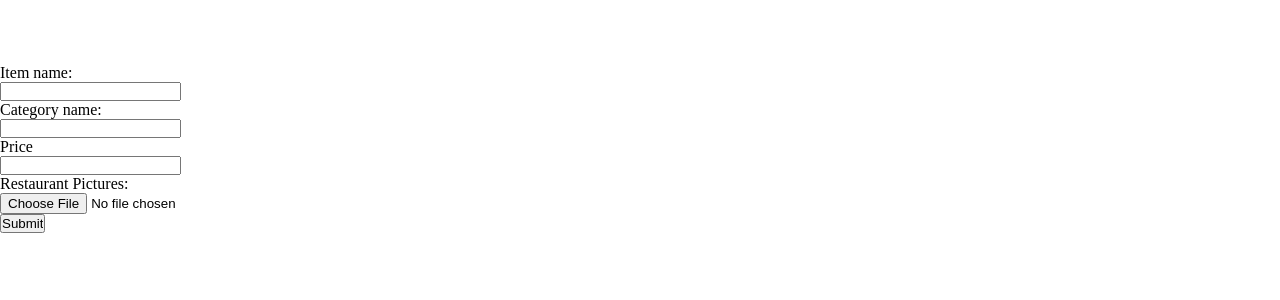
Repository: jatannoury/Ecommerce-Laravel-Electron
Page: Admin-electron/src/HTML/add_item.html
An editor plug-in stored every save of this project. The page is shown before and after the next save, followed by the edit.
The browser window is 1280 px wide. The pictures show the whole page.

Above is the page before, as saved 2022-06-10 22:17:32.

After the next save:
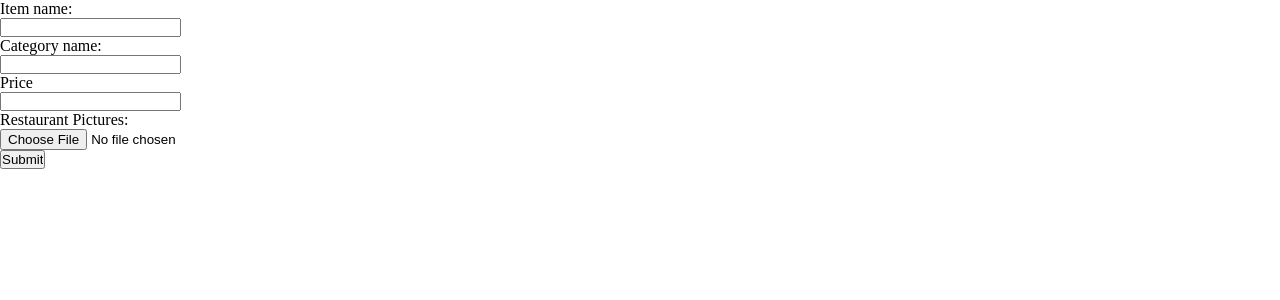
Saved 6 s later.
--- a/Admin-electron/src/CSS/styles.css
+++ b/Admin-electron/src/CSS/styles.css
@@ -22,6 +22,6 @@
     border-color: red;
 }
 
-form {
+label {
     padding-top: 5%;
 }
